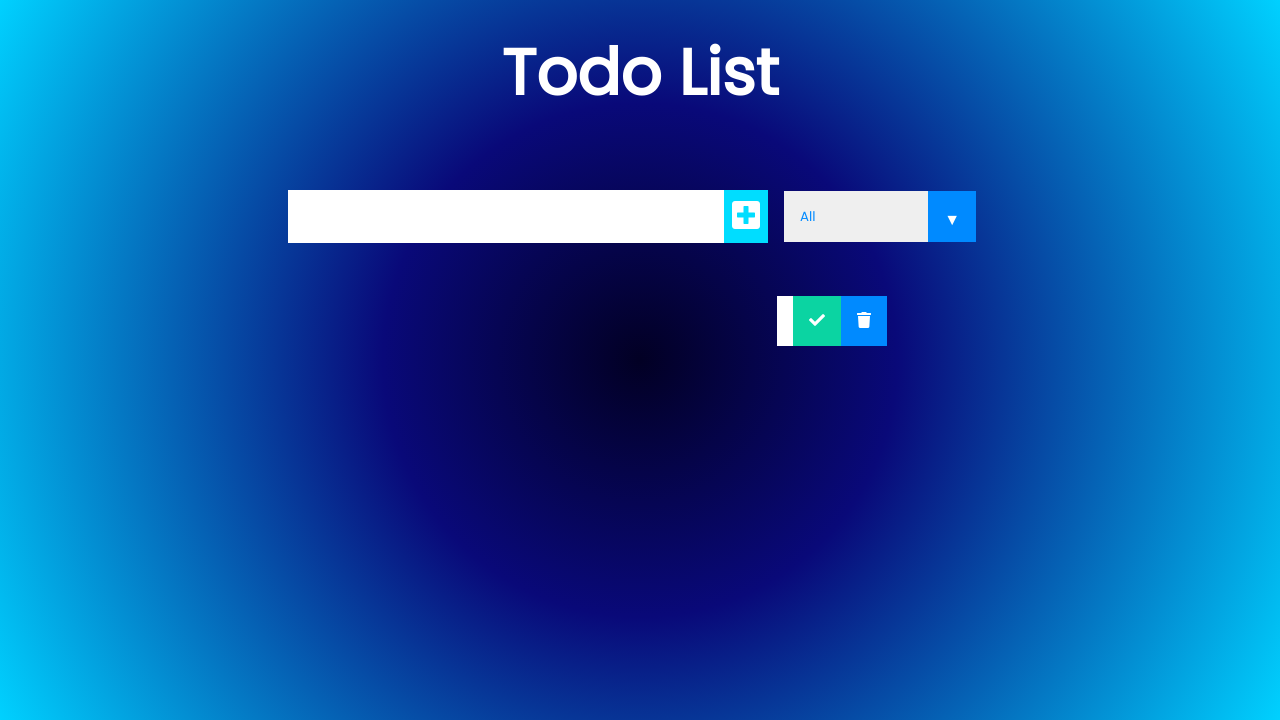
Repository: chellshelove/WADS_Assignment_TodoApp
Page: /
The author's editor kept a copy of each file at every save. The page is drawn from the files as they stood at one save, then again after the next save.
The browser window is 1280 px wide. The pictures show the whole page.
The pointer rests on the first visible `form button`.
Some web libraries are served in a nearby version. The project was rebuilt for these pictures with package versions that can differ from the ones it lists, and the page was loaded fresh each time.

Above is the page before, as saved 2023-03-09 21:03:22.

### src/App.js
import React, {useState} from 'react';
import './App.css';
//importing components
import Form from './components/Form';
import TodoList from './components/TodoList';

function App() {
  const [inputText, setInputText] = useState("");
  const [todos, setTodos] = useState([]);
  return (
    <div className="todo-app">
      <header>
        <h1>Todo List</h1>
      </header>
      <Form inputText={inputText} todos={todos} setTodos={setTodos} setInputTtext={setInputText}/>
      <TodoList />
    </div>
  );
}

export default App;

### src/App.css
* {
  margin: 0;
  padding: 0;
  box-sizing: border-box;
}
body {
  background-image: radial-gradient(circle, rgba(2,0,36,1) 0%, rgba(9,9,121,1) 35%, rgba(0,209,255,1) 100%);
  color: white;
  font-family: "Poppins", sans-serif;
  min-height: 100vh;
}
header {
  font-size: 2rem;
}

header,
form {
  min-height: 20vh;
  display: flex;
  justify-content: center;
  align-items: center;
}
form input,
form button {
  padding: 0.5rem;
  font-size: 2rem;
  border: none;
  background: white;
}
form button {
  color: #008aff;
  background: #f7fffe;
  cursor: pointer;
  transition: all 0.3s ease;
}
form button:hover {
  background: #00ddff;
  color: white;
}
.todo-container {
  display: flex;
  justify-content: center;
  align-items: center;
}

.todo-list {
  min-width: 30%;
  list-style: none;
}

.todo {
  margin: 0.5rem;
  background: white;
  font-size: 1.5rem;
  color: black;
  display: flex;
  justify-content: space-between;
  align-items: center;
  transition: all 1s ease;
}
.filter-todo {
  padding: 1rem;
}
.todo li {
  flex: 1;
}

.trash-btn,
.complete-btn {
  background: #008aff;
  color: white;
  border: none;
  padding: 1rem;
  cursor: pointer;
  font-size: 1rem;
}
.complete-btn {
  background: rgb(11, 212, 162);
}
.todo-item {
  padding: 0rem 0.5rem;
}

.fa-trash,
.fa-check {
  pointer-events: none;
}

.fall {
  transform: translateY(10rem) rotateZ(20deg);
  opacity: 0;
}

.completed {
  text-decoration: line-through;
  opacity: 0.5;
}

/*CUSTOM SELECTOR */
select {
  -webkit-appearance: none;
  -moz-appearance: none;
  -ms-appearance: none;
  appearance: none;
  outline: 0;
  box-shadow: none;
  border: 0 !important;
  background-image: none;
}

/* Custom Select */
.select {
  margin: 1rem;
  position: relative;
  overflow: hidden;
}
select {
  color: #008aff;
  font-family: "Poppins", sans-serif;
  cursor: pointer;
  width: 12rem;
}
/* Arrow */
.select::after {
  content: "\25BC";
  position: absolute;
  top: 0;
  right: 0;
  padding: 1rem;
  background: #008aff;
  cursor: pointer;
  pointer-events: none;
}
/* Transition */
/*
.select:hover::after {
  transform: scale(1.5);
}
*/

### src/components/Form.js
import React from 'react'

const Form = ({setInputText, todos, setTodos, inputText}) => {
    const inputTextHandler = (e) => {
        console.log(e.target.value);
        setInputText(e.target.value);
    };
    const submitTodoHandler = (e) => {
        e.preventDefault();
        setTodos = ([
            ...todos, {text: inputText, completed: false, id: Math.random() * 10000},
        ]);
        setInputText("");
    };
    return(
        <form>
      <input
      //value = {inputText}
      onChange={inputTextHandler} type="text" className="todo-input" />
      <button onClick={submitTodoHandler} className="todo-button" type="submit">
        <i className="fas fa-plus-square"></i>
      </button>
      <div className="select">
        <select name="todos" className="filter-todo">
          <option value="all">All</option>
          <option value="completed">Completed</option>
          <option value="uncompleted">Uncompleted</option>
        </select>
      </div>
    </form>
    );
}

export default Form;

### src/components/TodoList.js
import React from 'react';
import Todo from './Todo';

const TodoList = () => {
    return(
        <div className="todo-container">
      <ul className="todo-list"></ul>
      <Todo />
    </div>
    );
};

export default TodoList;

### src/components/Todo.js
import React from 'react'

const Todo = () => {
    return(
        <div className="todo">
            <li className="todo item"></li>
            <button className="complete-btn">
                <i className="fas fa-check"></i>
            </button>
            <button  className="trash-btn">
                <i className="fas fa-trash"></i>
            </button>
        </div>
    );
};

export default Todo;

Loaded but not shown: public/index.html (common file); src/index.js (common file); public/manifest.json (common file)

After the next save:
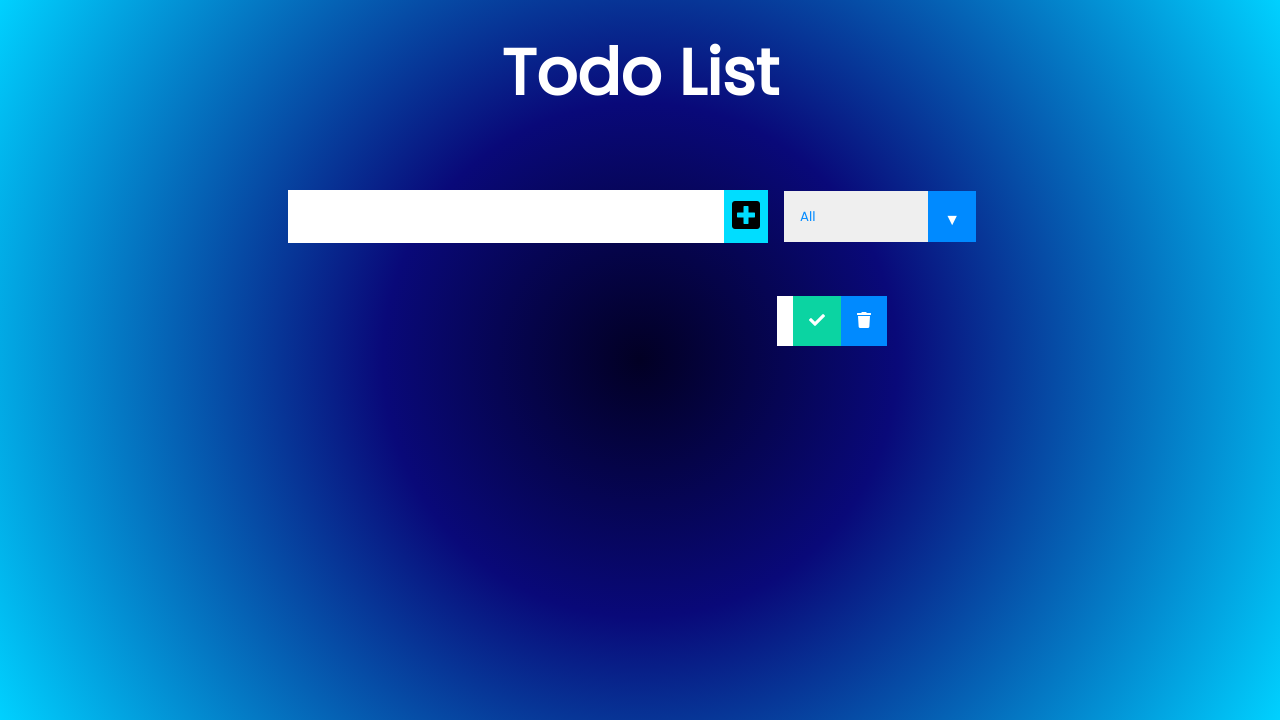
Saved 9 s later.
--- a/src/App.css
+++ b/src/App.css
@@ -35,7 +35,7 @@ form button {
 }
 form button:hover {
   background: #00ddff;
-  color: white;
+  color: black;
 }
 .todo-container {
   display: flex;
